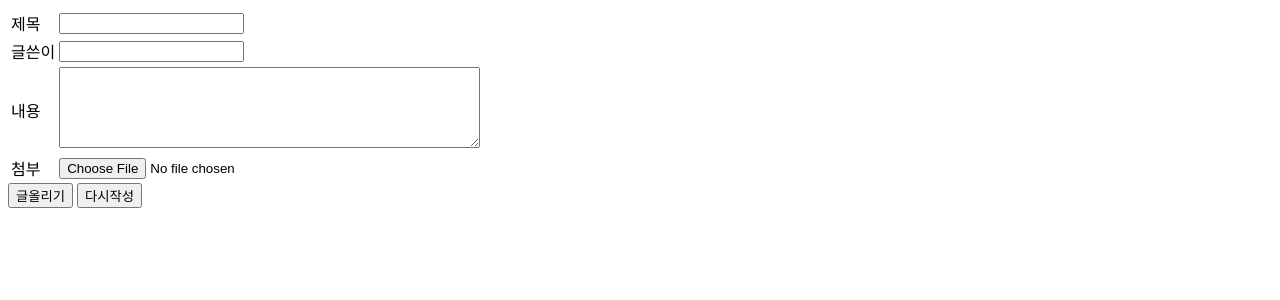
Repository: cartoon1110/KosaSwCourse
Page: http://localhost/JSPprogramming/exam_mvc/write_form.jsp
These files come from the project's save history. The page is drawn as it stood at one moment and after the next save; the edit follows.
The browser window is 1280 px wide. The pictures show the whole page.
The page is served by Tomcat 9. Other server files are loaded and not shown.

Above is the page before, as saved 2015-08-26 05:21:04.

### workspace-web/JSPprogramming/WebContent/exam_mvc/write_form.jsp
<%@ page contentType="text/html; charset=UTF-8"%>

<!DOCTYPE html>
<html>
	<head>
		<meta charset="UTF-8">
		<title>Insert title here</title>
	</head>

	<body>
		<form method="post" action="write.jsp">
			<table id="form_table">
				<tr>
					<td>제목</td>
					<td><input type="text" name="title"/></td>
				</tr>
				<tr>
					<td>글쓴이</td>
					<td><input type="text" name="writer"/></td>
				</tr>
				<tr>
					<td>내용</td>
					<td><textarea name="content" rows="5" cols="50"></textarea></td>
				</tr>
				<tr>
					<td>첨부</td>
					<td><input type="file" name="attach"/></td>
				</tr>
			</table>
			<input type="submit" value="글올리기"/>
			<input type="reset" value="다시작성"/>
		</form>
	</body>
</html>

After the next save:
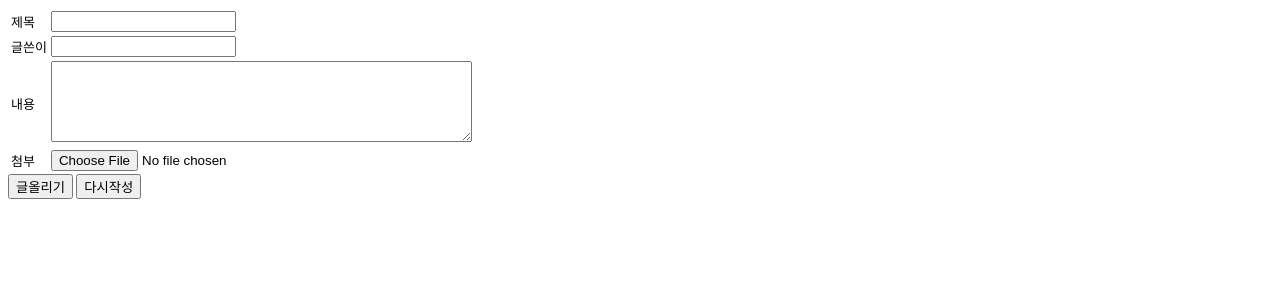
Saved 56 s later.
--- a/workspace-web/JSPprogramming/WebContent/exam_mvc/write_form.jsp
+++ b/workspace-web/JSPprogramming/WebContent/exam_mvc/write_form.jsp
@@ -5,6 +5,11 @@
 	<head>
 		<meta charset="UTF-8">
 		<title>Insert title here</title>
+		<style type="text/css">
+			body{
+				font-size:small;
+			}
+		</style>
 	</head>
 
 	<body>
